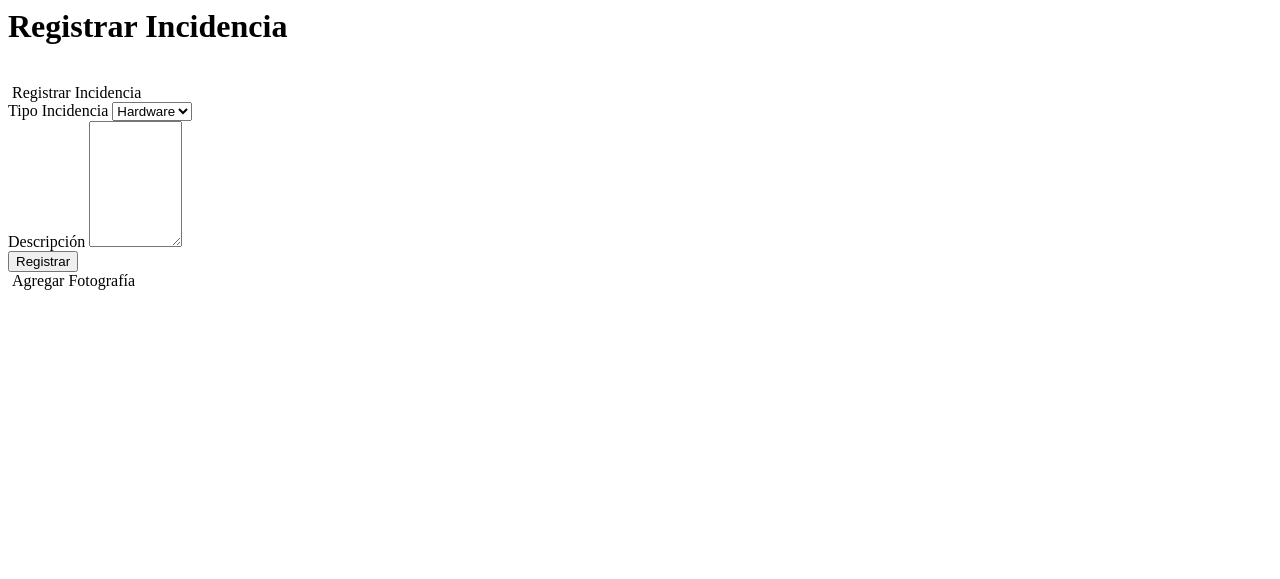
Repository: androla10/ProyectoCibert5to
Page: http://localhost/GDI/Incidencia/RegistrarIncidencia.jsp
These files come from the project's save history. The page is drawn as it stood at one moment and after the next save; the edit follows.
The browser window is 1280 px wide. The pictures show the whole page.
The page is served by Tomcat 9. Nobody is signed in. The application's start-up code is not run.

Above is the page before, as saved 2016-05-10 22:50:18.
Console error: ReferenceError: $ is not defined

After the next save:
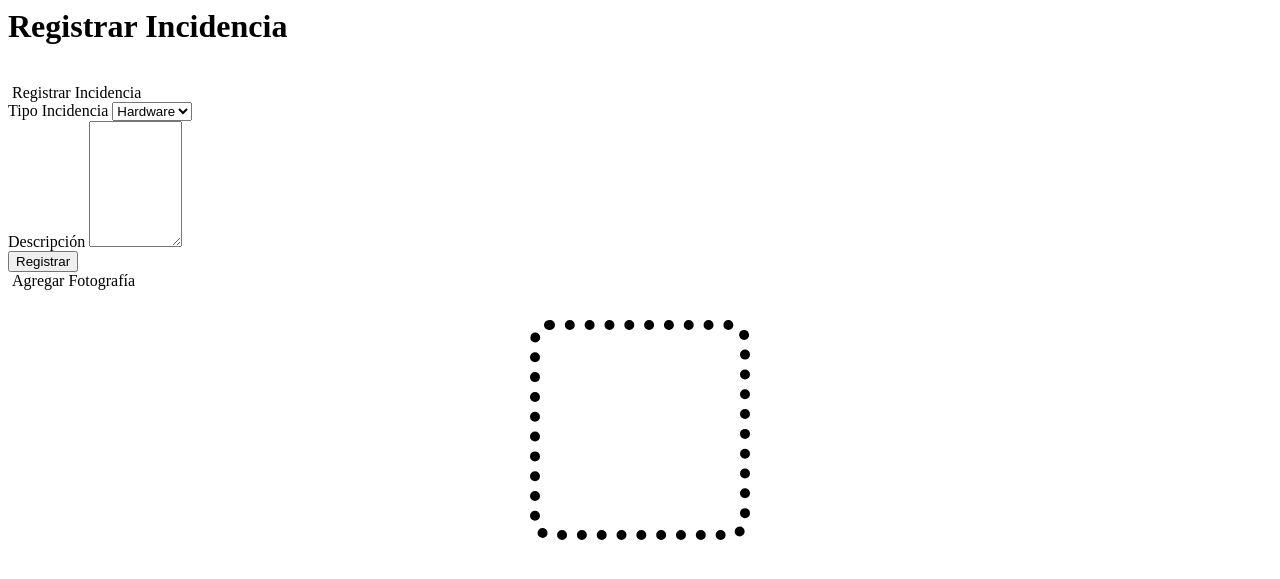
Saved 6 s later.
--- a/GDI/src/main/webapp/Incidencia/RegistrarIncidencia.jsp
+++ b/GDI/src/main/webapp/Incidencia/RegistrarIncidencia.jsp
@@ -49,7 +49,7 @@
 <style>
 #dropzone {
 	position: relative;
-	border: 10px dotted #FFF;
+	border: 10px dotted #000;
 	border-radius: 20px;
 	color: white;
 	font: bold 24px/200px arial;
